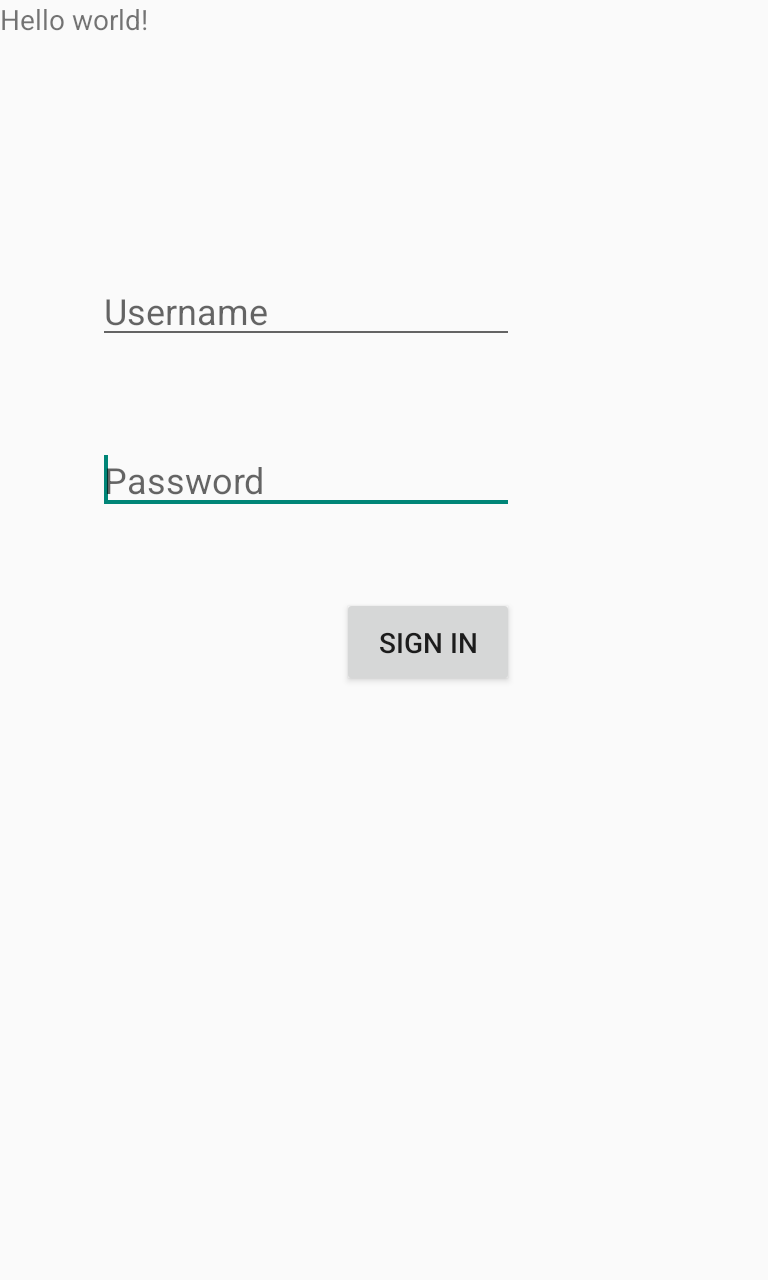
Repository: LogInc/oscar_app
Layout: Android/Oscar/res/layout/activity_login.xml
These files come from the project's save history. The layout is drawn as it stood at one moment and after the next save; the edit follows.
It is drawn on a 768 x 1280 px phone screen (xhdpi) without system bars, with theme AppTheme; the app's code is not run.

Above is the layout before, as saved 2015-02-19 12:55:50.

### Android/Oscar/res/layout/activity_login.xml
<RelativeLayout xmlns:android="http://schemas.android.com/apk/res/android"
    xmlns:tools="http://schemas.android.com/tools"
    android:layout_width="match_parent"
    android:layout_height="match_parent"
    tools:context="${relativePackage}.${activityClass}" >

    <TextView
        android:id="@+id/textView1"
        android:layout_width="wrap_content"
        android:layout_height="wrap_content"
        android:text="@string/hello_world" />

    <EditText
        android:id="@+id/editText1"
        android:layout_width="wrap_content"
        android:layout_height="wrap_content"
        android:layout_alignParentLeft="true"
        android:layout_below="@+id/textView1"
        android:layout_marginLeft="48dp"
        android:layout_marginTop="114dp"
        android:ems="10"
        android:hint="@string/Username" />

    <EditText
        android:id="@+id/editText2"
        android:layout_width="wrap_content"
        android:layout_height="wrap_content"
        android:layout_alignLeft="@+id/editText1"
        android:layout_below="@+id/editText1"
        android:layout_marginTop="43dp"
        android:ems="10"
        android:hint="@string/Password" >

        <requestFocus />
    </EditText>

    <Button
        android:id="@+id/button1"
        android:layout_width="wrap_content"
        android:layout_height="wrap_content"
        android:layout_alignRight="@+id/editText2"
        android:layout_below="@+id/editText2"
        android:layout_marginTop="38dp"
        android:text="@string/SignIn" />

</RelativeLayout>

### Android/Oscar/res/values/strings.xml
<?xml version="1.0" encoding="utf-8"?>
<resources>

    <string name="app_name">Oscar</string>
    <string name="title_activity_login">Login</string>
    <string name="hello_world">Hello world!</string>
    <string name="Password">Password</string>
    <string name="Username">Username</string>
    <string name="SignIn">Sign In</string>

</resources>

Loaded but not shown: Android/Oscar/res/values/styles.xml (common file); Android/Oscar/res/values-v11/styles.xml (common file); Android/Oscar/res/values-v14/styles.xml (common file)

After the next save:
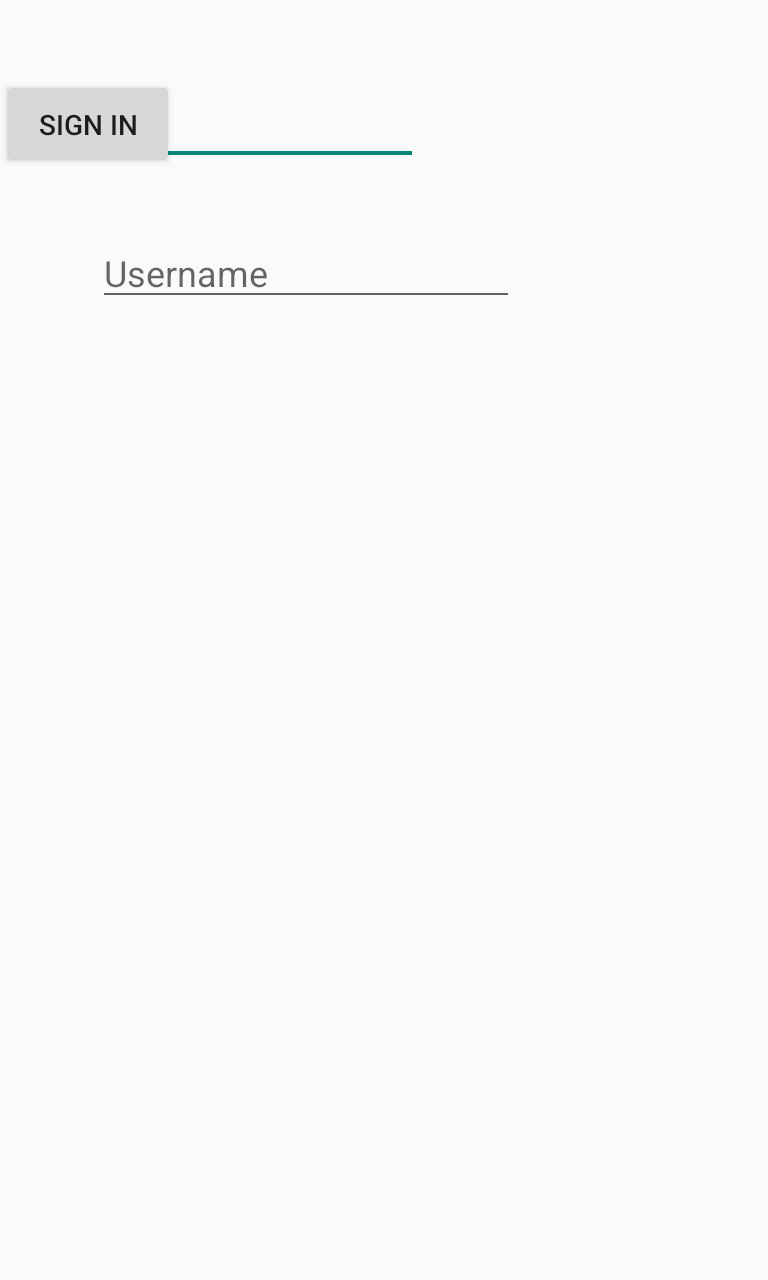
Saved 43 s later.
--- a/Android/Oscar/res/layout/activity_login.xml
+++ b/Android/Oscar/res/layout/activity_login.xml
@@ -4,25 +4,18 @@
     android:layout_height="match_parent"
     tools:context="${relativePackage}.${activityClass}" >
 
-    <TextView
-        android:id="@+id/textView1"
-        android:layout_width="wrap_content"
-        android:layout_height="wrap_content"
-        android:text="@string/hello_world" />
-
     <EditText
-        android:id="@+id/editText1"
+        android:id="@+id/username"
         android:layout_width="wrap_content"
         android:layout_height="wrap_content"
         android:layout_alignParentLeft="true"
-        android:layout_below="@+id/textView1"
         android:layout_marginLeft="48dp"
         android:layout_marginTop="114dp"
         android:ems="10"
         android:hint="@string/Username" />
 
     <EditText
-        android:id="@+id/editText2"
+        android:id="@+id/password"
         android:layout_width="wrap_content"
         android:layout_height="wrap_content"
         android:layout_alignLeft="@+id/editText1"
